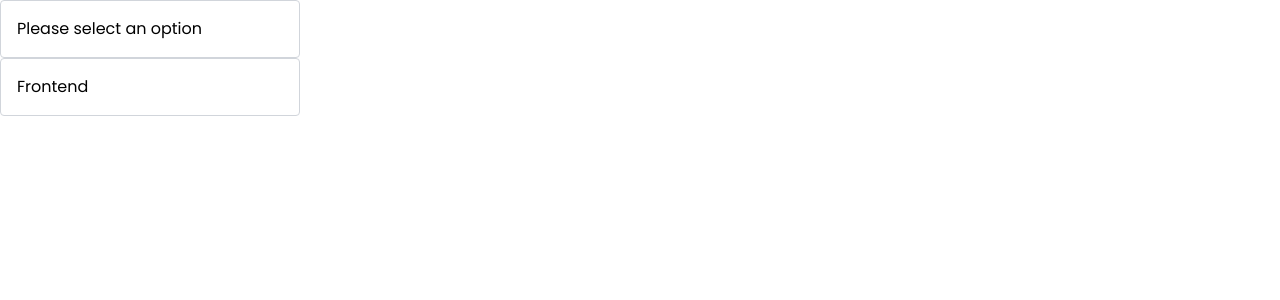
Repository: ThanhPhongsof/React-Course
Page: /
The author's editor kept a copy of each file at every save. The page is drawn from the files as they stood at one save, then again after the next save.
The browser window is 1280 px wide. The pictures show the whole page.
The project was rebuilt for these pictures with package versions that can differ from the ones it lists, and the page was loaded fresh each time.

Above is the page before, as saved 2022-04-26 08:59:38.

### src/index.js
import React from "react";
import ReactDOM from "react-dom";
import App from "./App";
import reportWebVitals from "./reportWebVitals";
import "./index.scss";
import { BrowserRouter } from "react-router-dom";

// ReactDOM.render(
//   // <React.StrictMode>
//     <BrowserRouter>
//       <App />
//     </BrowserRouter>
//   // </React.StrictMode>,
//   document.getElementById("root")
// );

ReactDOM.render(
  <BrowserRouter>
    <App />
  </BrowserRouter>,
  document.getElementById("root")
);

// If you want to start measuring performance in your app, pass a function
// to log results (for example: reportWebVitals(console.log))
// or send to an analytics endpoint. Learn more: https://bit.ly/CRA-vitals
reportWebVitals();

### src/App.js
import React from "react";
import Dropdown from "./components/advanced-react/inversion-of-control/Dropdown";

const App = () => {
  return (
    <div>
      <Dropdown></Dropdown>
    </div>
  );
};

export default App;

### src/index.scss
@tailwind base;
@tailwind components;
@tailwind utilities;

@layer base {
  @import url("https://fonts.googleapis.com/css2?family=Poppins:wght@300;400;500;700&display=swap");
  body {
    font-family: "Poppins", sans-serif;
  }
}
.skeleton {
  background-color: #eee;
  background-image: linear-gradient(
    110deg,
    #ececec 8%,
    #f5f5f5 18%,
    #ececec 33%
  );
  background-size: 200% 100%;
  animation: 1.5s shine linear infinite;
}
@keyframes shine {
  to {
    background-position-x: -200%;
  }
}
.zoom-enter .content {
  opacity: 0;
  transform: scale(0.5);
}
.zoom-enter-active .content {
  opacity: 1;
  transform: scale(1);
}
.zoom-exit .content {
  opacity: 1;
}
.zoom-exit-active .content {
  opacity: 0;
  transform: scale(0.5);
}

// Fade

.fade-enter .tooltip {
  opacity: 0;
}
.fade-enter-active .tooltip {
  opacity: 1;
}
.fade-exit .tooltip {
  opacity: 1;
}
.fade-exit-active .tooltip {
  opacity: 0;
}

### src/components/advanced-react/inversion-of-control/Dropdown.js
import React from "react";

const Dropdown = () => {
  return (
    <div className="relative inline-block w-full max-w-[300px]">
      <div className="flex items-center justify-between p-4 border border-gray-300 rounded cursor-pointer placehoder">
        Please select an option
      </div>
      <div className="border border-gray-300 rounded options">
        <div className="p-4 cursor-pointer option-item">Frontend</div>
      </div>
    </div>
  );
};

export default Dropdown;

### tailwind.config.js
module.exports = {
  content: ["./src/**/*.{js,jsx,ts,tsx}"],
  theme: {
    extend: {
      backgroundImage: {
        "primary-gradient": `linear-gradient(
          86.88deg,
          #7d6aff 1.38%,
          #ffb86c 64.35%,
          #fc2872 119.91%
        )`,
        "secondary-gradient": `linear-gradient(86.88deg, #20e3b2, #2cccff)`,
      },
    },
  },
  plugins: [],
};

Loaded but not shown: public/index.html (common file); src/reportWebVitals.js (common file)

After the next save:
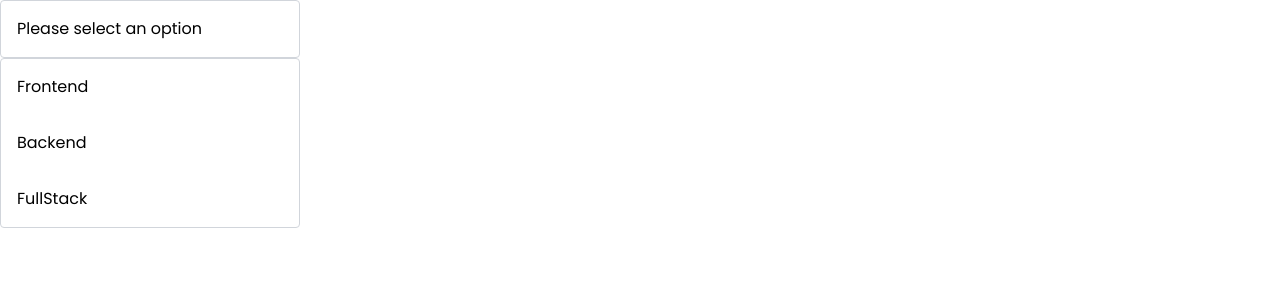
Saved 21 s later.
--- a/src/components/advanced-react/inversion-of-control/Dropdown.js
+++ b/src/components/advanced-react/inversion-of-control/Dropdown.js
@@ -8,6 +8,8 @@ const Dropdown = () => {
       </div>
       <div className="border border-gray-300 rounded options">
         <div className="p-4 cursor-pointer option-item">Frontend</div>
+        <div className="p-4 cursor-pointer option-item">Backend</div>
+        <div className="p-4 cursor-pointer option-item">FullStack</div>
       </div>
     </div>
   );
